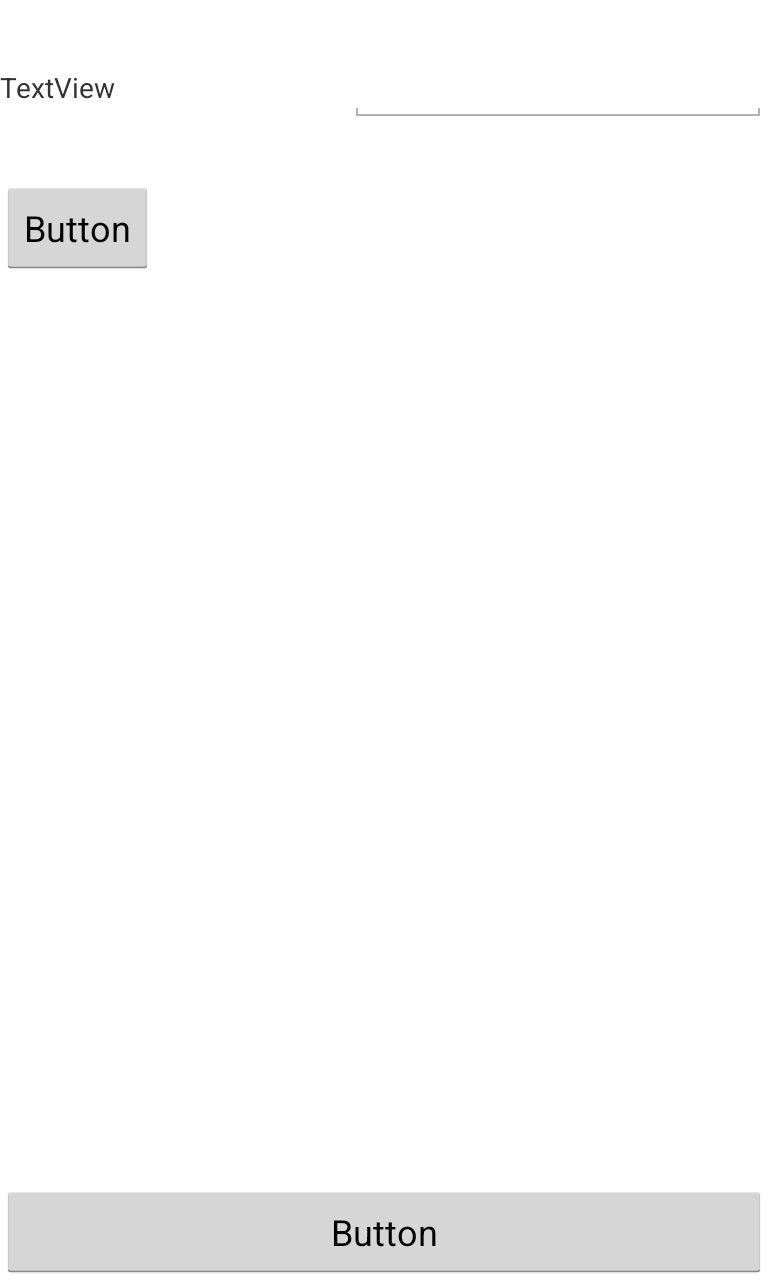
Repository: arweber1/CMPUT301_Assignment1
Layout: Assignment1/res/layout/edit_counter.xml
The author's editor kept a copy of each file at every save. The layout is drawn from the files as they stood at one save, then again after the next save.
It is drawn on a 768 x 1280 px phone screen (xhdpi) without system bars, with theme AppTheme; the app's code is not run.

Above is the layout before, as saved 2014-01-24 18:40:37.

After the next save:
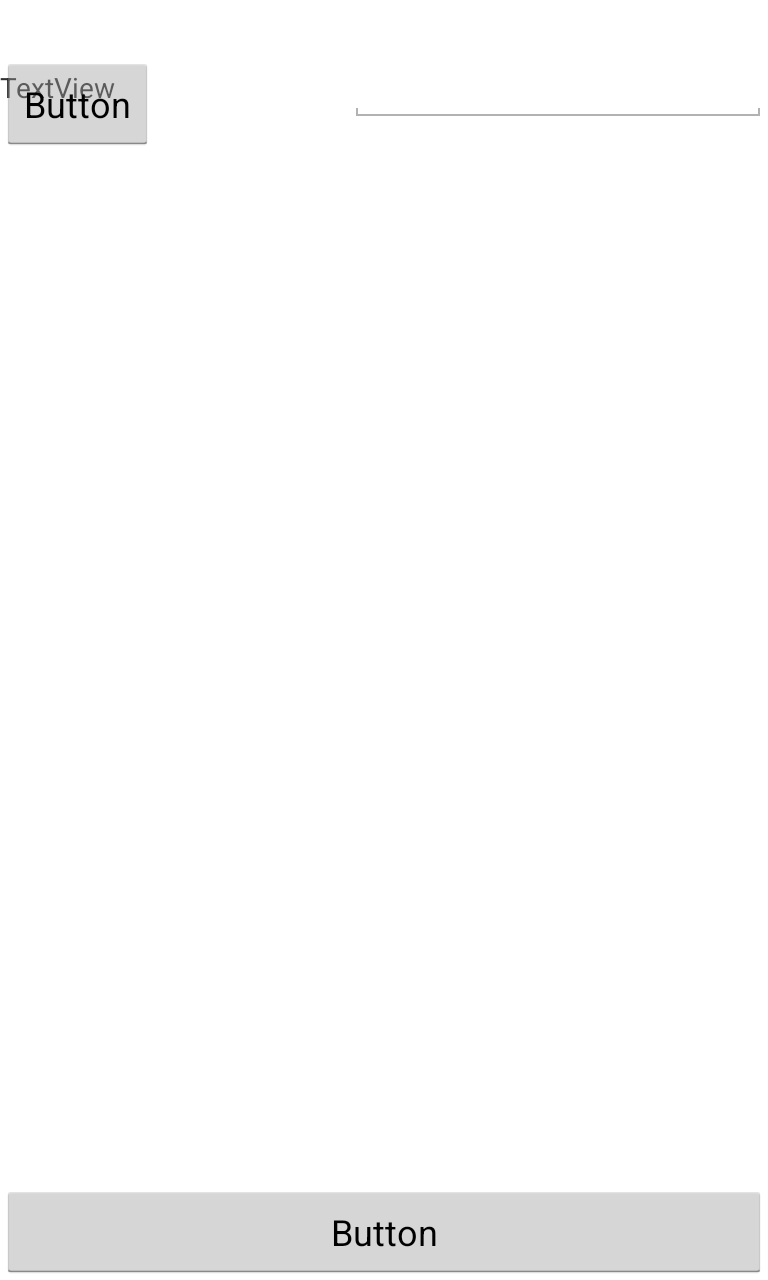
Saved 20 s later.
--- a/Assignment1/res/layout/edit_counter.xml
+++ b/Assignment1/res/layout/edit_counter.xml
@@ -13,7 +13,7 @@
         android:text="TextView" />
 
     <EditText
-        android:id="@+id/editText1"
+        android:id="@+id/editName"
         android:layout_width="wrap_content"
         android:layout_height="wrap_content"
         android:layout_alignBaseline="@+id/textView1"
@@ -23,7 +23,7 @@
         android:ems="10" />
 
     <Button
-        android:id="@+id/button1"
+        android:id="@+id/reset_count"
         android:layout_width="wrap_content"
         android:layout_height="wrap_content"
         android:layout_alignParentLeft="true"
@@ -32,7 +32,7 @@
         android:text="Button" />
 
     <Button
-        android:id="@+id/button2"
+        android:id="@+id/save_button"
         android:layout_width="wrap_content"
         android:layout_height="wrap_content"
         android:layout_alignParentBottom="true"

After the save that followed:
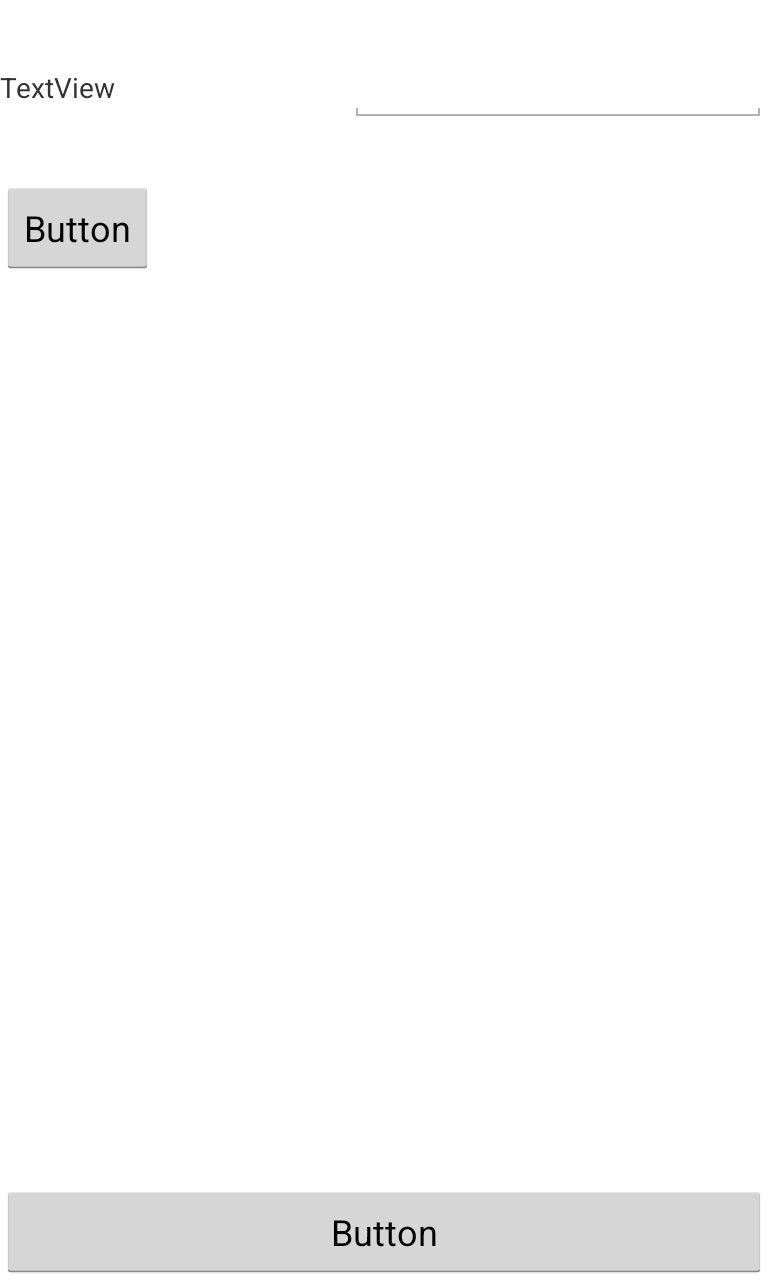
Saved 12 s later.
--- a/Assignment1/res/layout/edit_counter.xml
+++ b/Assignment1/res/layout/edit_counter.xml
@@ -27,7 +27,7 @@
         android:layout_width="wrap_content"
         android:layout_height="wrap_content"
         android:layout_alignParentLeft="true"
-        android:layout_below="@+id/editText1"
+        android:layout_below="@+id/editName"
         android:layout_marginTop="28dp"
         android:text="Button" />
 
